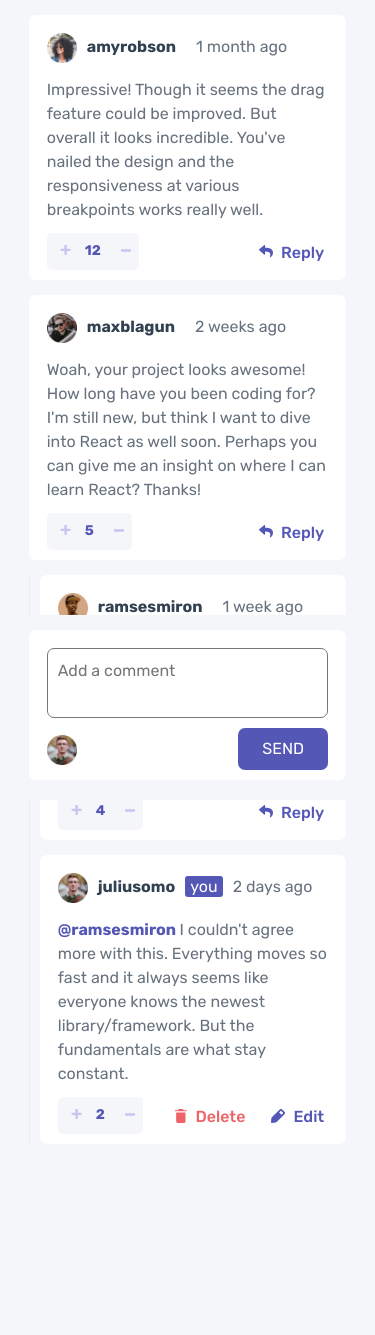
Repository: debaaah/interactive-comments-section-
Page: /
An editor plug-in stored every save of this project. The page is shown before and after the next save, followed by the edit.
The browser window is 375 px wide. The pictures show the whole page.
The project was rebuilt for these pictures with package versions that can differ from the ones it lists, and the page was loaded fresh each time.

Above is the page before, as saved 2022-04-29 13:34:34.

After the next save:
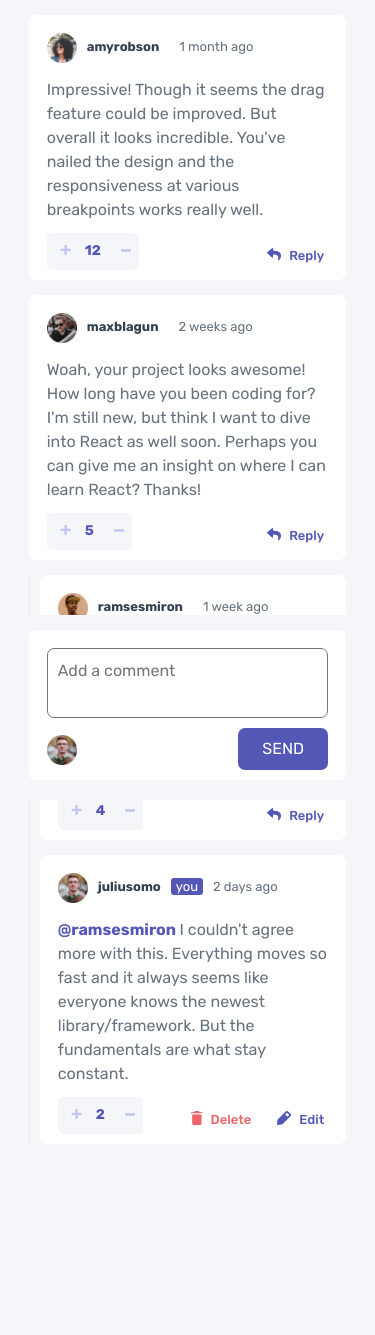
Saved 3 min 50 s later.
--- a/src/components/sass/style.scss
+++ b/src/components/sass/style.scss
@@ -349,3 +349,12 @@ textarea {
     }
   }
 }
+@media screen and (max-width: 375px){
+.comment-box{
+  .content-box{
+    .details{
+      font-size: small;
+    }
+  }
+}
+}
